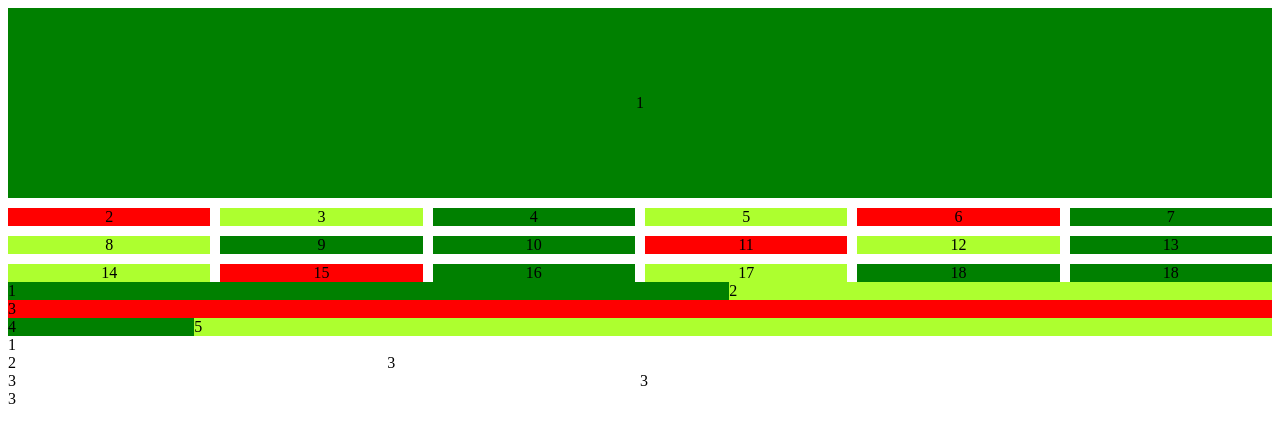
Repository: motiejus1/09-paskaita-05.31
Page: index.html
These files come from the project's save history. The page is drawn as it stood at one moment and after the next save; the edit follows.
The browser window is 1280 px wide. The pictures show the whole page.

Above is the page before, as saved 2021-06-15 20:49:39.

After the next save:
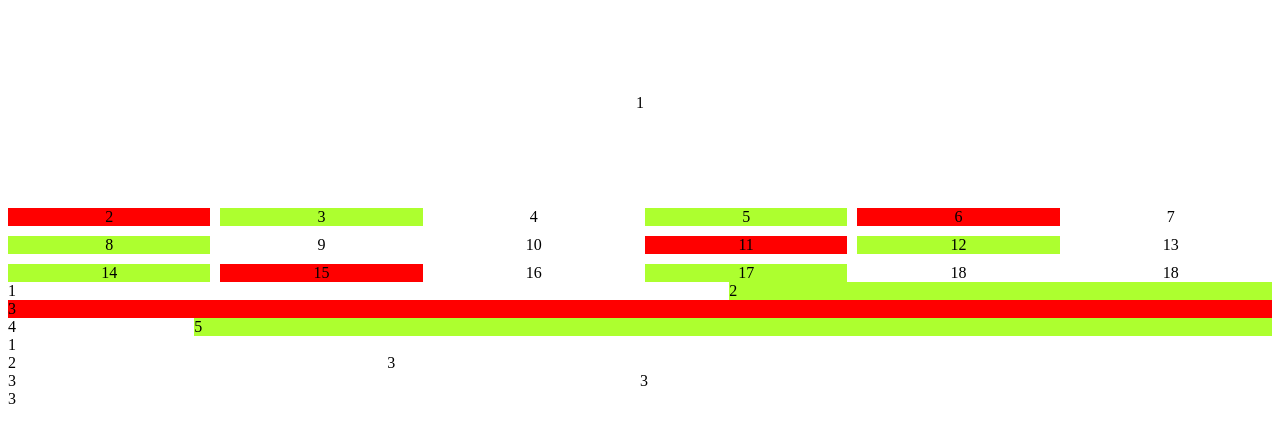
Saved 7 s later.
--- a/index.html
+++ b/index.html
@@ -13,7 +13,7 @@
             grid-row-gap: 10px ;
         }
 
-
+        @media
 
         .zalia {
             background-color: green;
